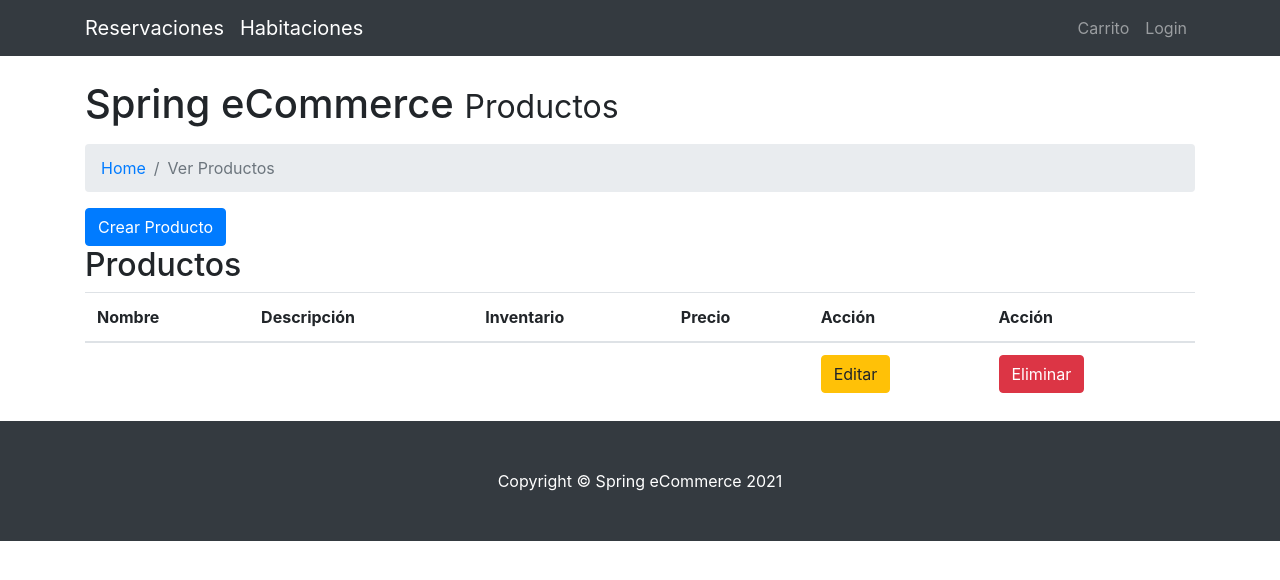
Repository: alexpool1122/Caso_Final_Laboratorio
Page: http://localhost/habitaciones
The author's editor kept a copy of each file at every save. The page is drawn from the files as they stood at one save, then again after the next save.
The browser window is 1280 px wide. The pictures show the whole page.
The page is this project's Thymeleaf template; nobody is signed in. The template is opened directly, without the code that normally fills it, so the values that code supplies are empty.

Above is the page before, as saved 2023-11-23 09:38:49.

After the next save:
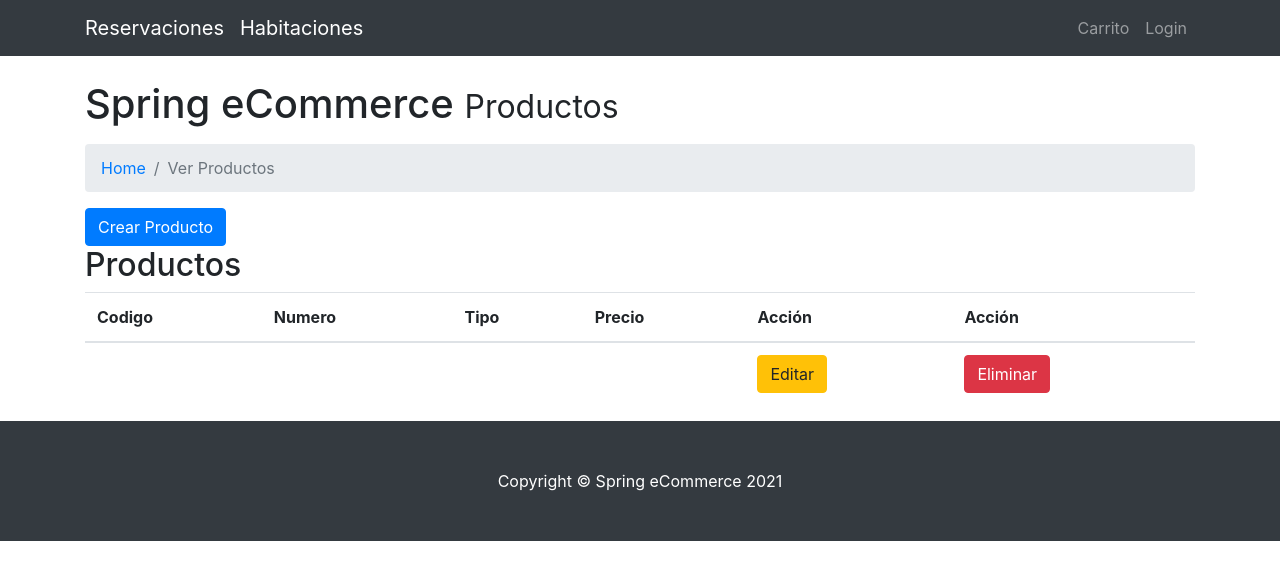
Saved 41 s later.
--- a/CasoFinal/src/main/resources/templates/habitaciones.html
+++ b/CasoFinal/src/main/resources/templates/habitaciones.html
@@ -18,7 +18,6 @@
 
 	  <div th:include="templado_header_footer.html::header"></div>
 
-	<!-- Page Content -->
 	<div class="container">
 
 
@@ -32,14 +31,14 @@
 			<li class="breadcrumb-item active">Ver Productos</li>
 		</ol>
 
-		<a class="btn btn-primary" href="#"> Crear Producto</a>
+		<a class="btn btn-primary" th:href="@{/Habitaciones/Crear}"> Crear Producto</a>
 		<h2>Productos</h2>
 		<table class="table">
 			<thead>
 				<tr>
-					<th scope="col">Nombre</th>
-					<th scope="col">Descripción</th>
-					<th scope="col">Inventario</th>
+					<th scope="col">Codigo</th>
+					<th scope="col">Numero</th>
+					<th scope="col">Tipo</th>
 					<th scope="col">Precio</th>
 					<th scope="col">Acción</th>
 					<th scope="col">Acción</th>
